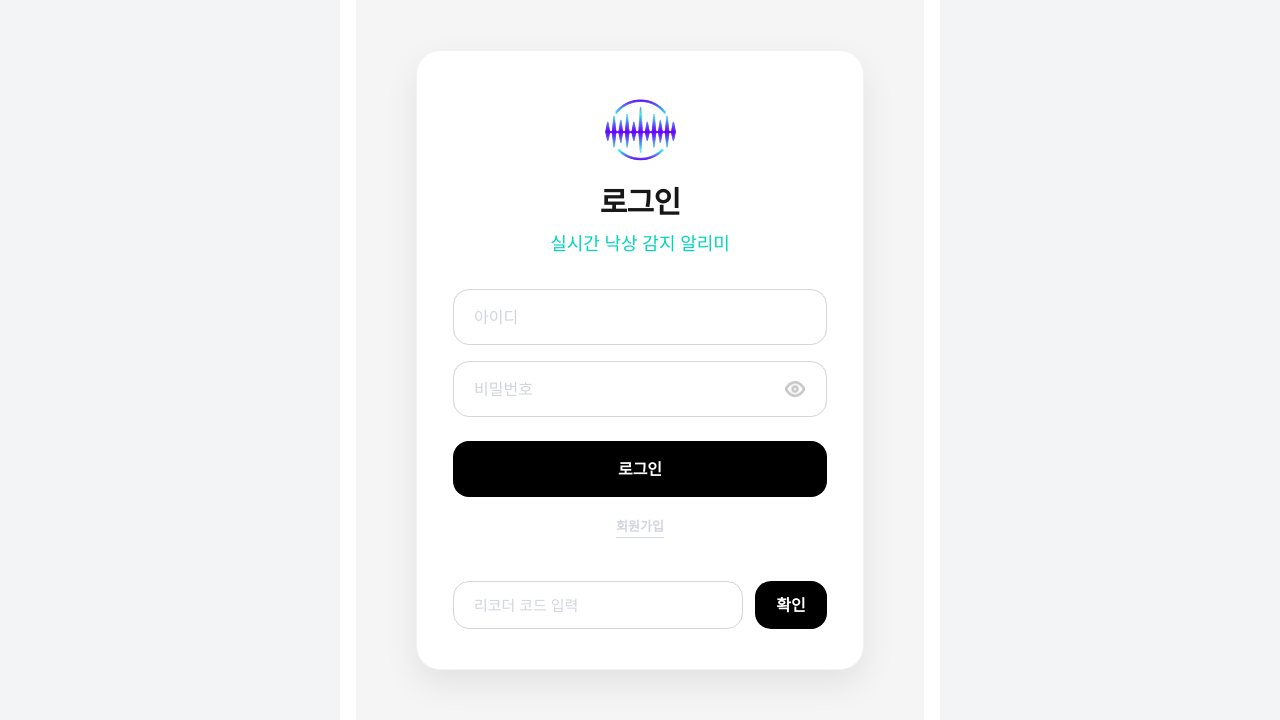
Repository: AudioFallCare/AudioFallCare_web
Page: /
An editor plug-in stored every save of this project. The page is shown before and after the next save, followed by the edit.
The browser window is 1280 px wide. The pictures show the whole page.
Some web fonts or font styles are not loaded; a fallback is used. The project was rebuilt for these pictures with package versions that can differ from the ones it lists, and the page was loaded fresh each time. Also part of the build but not shown: src/pages/Signup.jsx.

Above is the page before, as saved 2026-01-29 13:32:19.

After the next save:
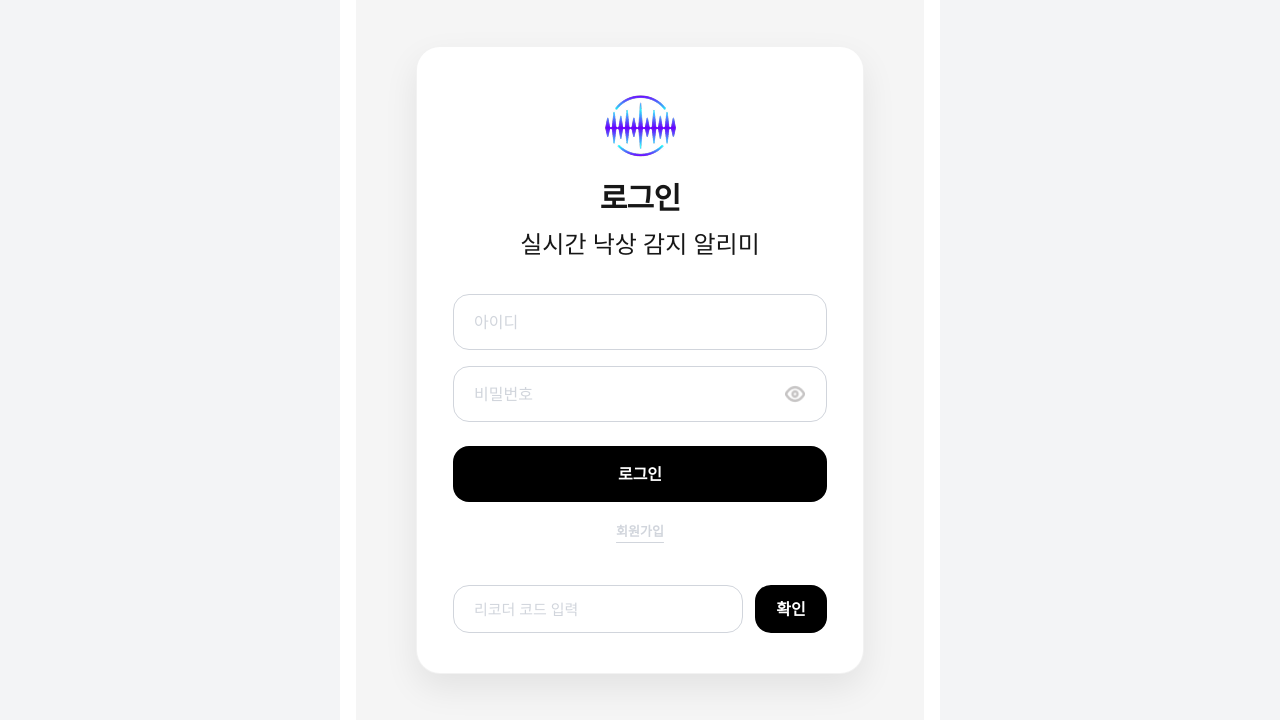
Saved 22 s later.
--- a/src/pages/Signin.jsx
+++ b/src/pages/Signin.jsx
@@ -31,7 +31,7 @@
           </div>
 
           <h1 className="text-[30px] font-[700] tracking-tight leading-none">로그인</h1>
-          <p className="mt-3 text-lg font-[500] text-teal-400">실시간 낙상 감지 알리미</p>
+          <p className="mt-3 text-lg font-[500] text-[24px]">실시간 낙상 감지 알리미</p>
         </div>
 
         {/* Form */}

After the save that followed:
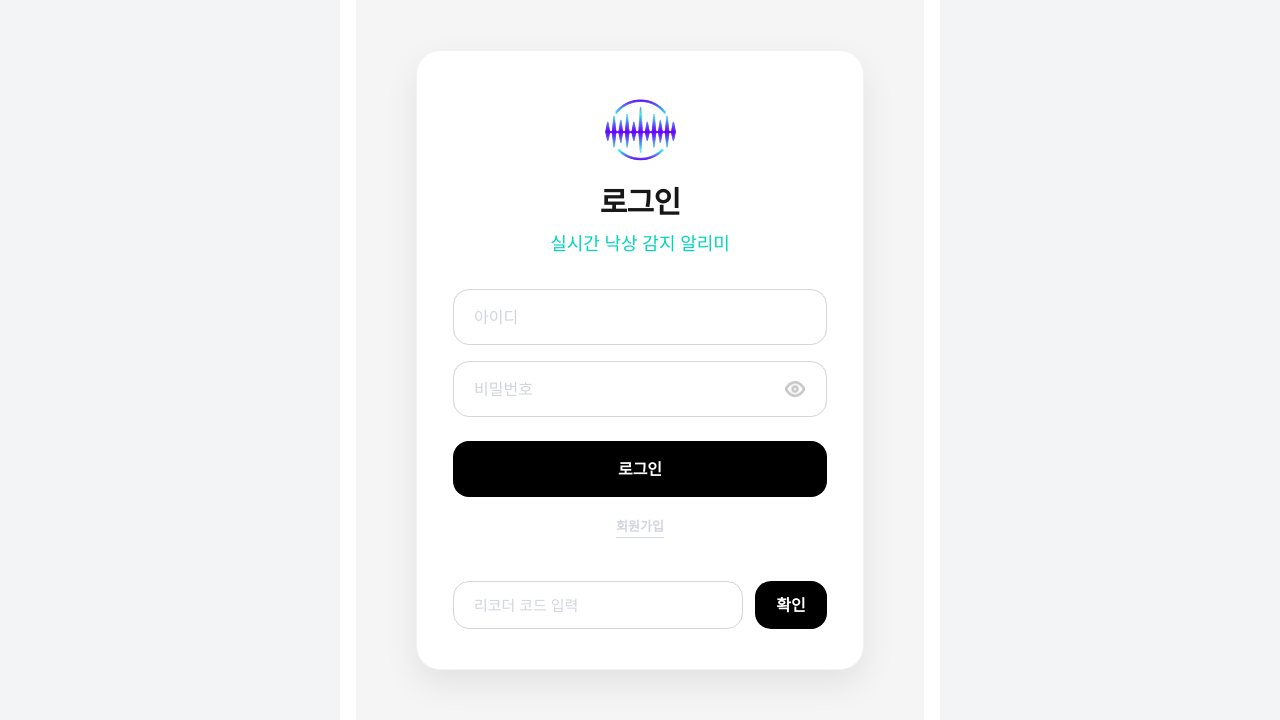
Saved 6 s later.
--- a/src/pages/Signin.jsx
+++ b/src/pages/Signin.jsx
@@ -31,7 +31,7 @@
           </div>
 
           <h1 className="text-[30px] font-[700] tracking-tight leading-none">로그인</h1>
-          <p className="mt-3 text-lg font-[500] text-[24px]">실시간 낙상 감지 알리미</p>
+          <p className="mt-3 text-lg font-[500] text-teal-400">실시간 낙상 감지 알리미</p>
         </div>
 
         {/* Form */}
